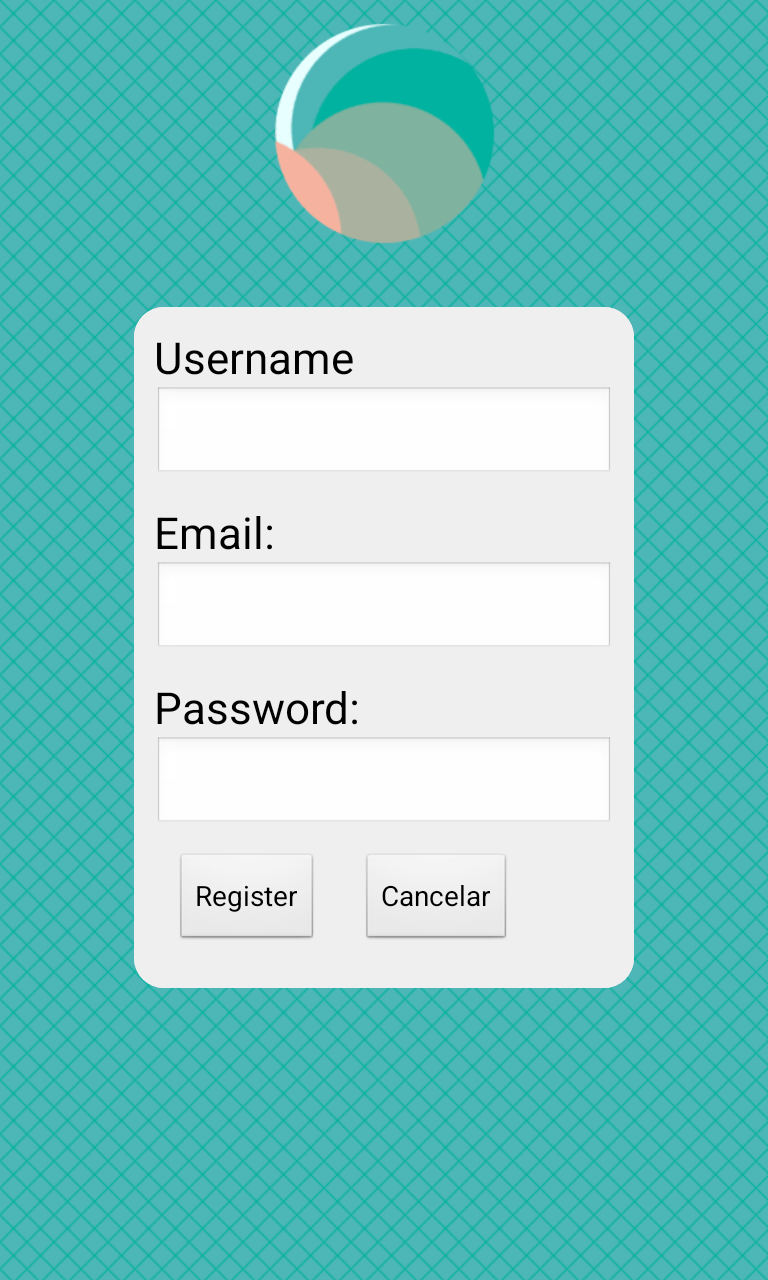
Repository: ppamorim/Coderock-X
Layout: workspace-Android/teste1/res/layout/activity_register.xml
The author's editor kept a copy of each file at every save. The layout is drawn from the files as they stood at one save, then again after the next save.
It is drawn on a 768 x 1280 px phone screen (xhdpi) without system bars, with theme android:Theme.NoTitleBar; the app's code is not run.

Above is the layout before, as saved 2014-01-05 23:13:12.

### workspace-Android/teste1/res/layout/activity_register.xml
<?xml version="1.0" encoding="utf-8"?>
<LinearLayout xmlns:android="http://schemas.android.com/apk/res/android"
    android:layout_width="match_parent"
    android:layout_height="match_parent"
    android:background="@drawable/background"
    android:orientation="vertical" >

    <ImageView
    android:layout_width="fill_parent"
    android:layout_height="wrap_content"
    android:contentDescription="@string/app_name"
    android:scaleType="centerInside"
    android:src="@drawable/splash" />

    <FrameLayout
        android:layout_width="250dp"
        android:layout_height="wrap_content"
        android:layout_gravity="center"
        android:layout_marginTop="20dp">

        <LinearLayout
            android:layout_width="match_parent"
            android:layout_height="match_parent"
            android:background="@layout/rounded"
            android:orientation="vertical" >

        	<LinearLayout
            android:layout_width="match_parent"
            android:layout_height="match_parent"
            android:background="@layout/rounded"
            android:orientation="vertical" >

        	    <TextView
                android:id="@+id/TextUsername"
                android:layout_width="wrap_content"
                android:layout_height="wrap_content"
                android:text="@string/username"
                android:textColor="#000"
                android:layout_marginTop="10dp"
                android:layout_marginLeft="10dp"
            	android:layout_marginRight="10dp"
                android:textAppearance="?android:attr/textAppearanceLarge" />

            	<EditText
            	android:id="@+id/Username"
            	android:layout_width="match_parent"
            	android:layout_height="wrap_content"
            	android:layout_marginLeft="10dp"
            	android:layout_marginRight="10dp"
            	android:hint=""
            	android:ems="10" />

            	<TextView
                android:id="@+id/TextEmail"
                android:layout_width="wrap_content"
                android:layout_height="wrap_content"
                android:text="@string/Email"
                android:textColor="#000"
                android:layout_marginTop="10dp"
                android:layout_marginLeft="10dp"
            	android:layout_marginRight="10dp"
                android:textAppearance="?android:attr/textAppearanceLarge" />

            	<EditText
            	android:id="@+id/Ema"
            	android:layout_width="match_parent"
            	android:layout_height="wrap_content"
            	android:layout_marginLeft="10dp"
            	android:layout_marginRight="10dp"
            	android:hint=""
            	android:ems="10" />

            	<TextView
                android:id="@+id/textView2"
                android:layout_width="wrap_content"
                android:layout_height="wrap_content"
                android:text="@string/Password"
                android:textColor="#000"
                android:layout_marginTop="10dp"
                android:layout_marginLeft="10dp"
            	android:layout_marginRight="10dp"
                android:textAppearance="?android:attr/textAppearanceLarge" />

        		<EditText
            	android:id="@+id/Senha"
            	android:layout_width="match_parent"
            	android:layout_height="wrap_content"
            	android:layout_marginBottom="10dp"
            	android:layout_marginLeft="10dp"
            	android:layout_marginRight="10dp"
            	android:hint=""
            	android:ems="10" >
        		</EditText>

        		<LinearLayout
        		android:layout_width="match_parent"
            	android:layout_height="match_parent"
            	android:orientation="horizontal"
            	android:layout_marginBottom="10dp"
            	android:layout_marginLeft="10dp"
            	android:layout_marginRight="10dp" >

        		<Button
            	android:id="@+id/Register"
            	android:layout_width="wrap_content"
            	android:layout_height="fill_parent"
            	android:layout_marginBottom="10dp"
            	android:layout_marginLeft="10dp"
            	android:layout_marginRight="10dp"
            	android:text="@string/register" />

        		<Button
            	android:id="@+id/Cancelar"
            	android:layout_width="wrap_content"
            	android:layout_height="fill_parent"
            	android:layout_marginBottom="10dp"
            	android:layout_marginLeft="10dp"
            	android:layout_marginRight="10dp"
            	android:text="@string/cancel" />

        		</LinearLayout>
        	</LinearLayout>
        </LinearLayout>
    </FrameLayout>
</LinearLayout>

### workspace-Android/teste1/res/drawable-hdpi/background.xml
<?xml version="1.0" encoding="utf-8"?>
<bitmap xmlns:android="http://schemas.android.com/apk/res/android"
  android:src="@drawable/bg"
  android:tileMode="repeat" />

### workspace-Android/teste1/res/values/strings.xml
<?xml version="1.0" encoding="utf-8"?>
<resources>

    <string name="app_name">Feel</string>
    <string name="action_settings">Settings</string>
    <string name="hello_world">Hello world!</string>
    <string name="Email">Email:</string>
    <string name="Password">Password:</string>
    <string name="Resultado">Resultado:</string>
    <string name="BotaoSomar">Somar</string>
    <string name="BotaoSub">Subtrair</string>
    <string name="BotaoMulti">Multiplicar</string>
    <string name="BotaoDividir">Dividir</string>
    <string name="ok">OK</string>
    <string name="username">Username</string>
    <string name="register">Register</string>
    <string name="cancel">Cancelar</string>

</resources>

### workspace-Android/teste1/res/layout/rounded.xml
<?xml version="1.0" encoding="utf-8"?>
<layer-list xmlns:android="http://schemas.android.com/apk/res/android">
    <item>
        <shape android:shape="rectangle" >
            <corners android:radius="15dip" />
            <solid android:color="#efefef" />
            <stroke android:width="0dp" android:color="#bebfc1"/>
        </shape>
    </item>
</layer-list>

After the next save:
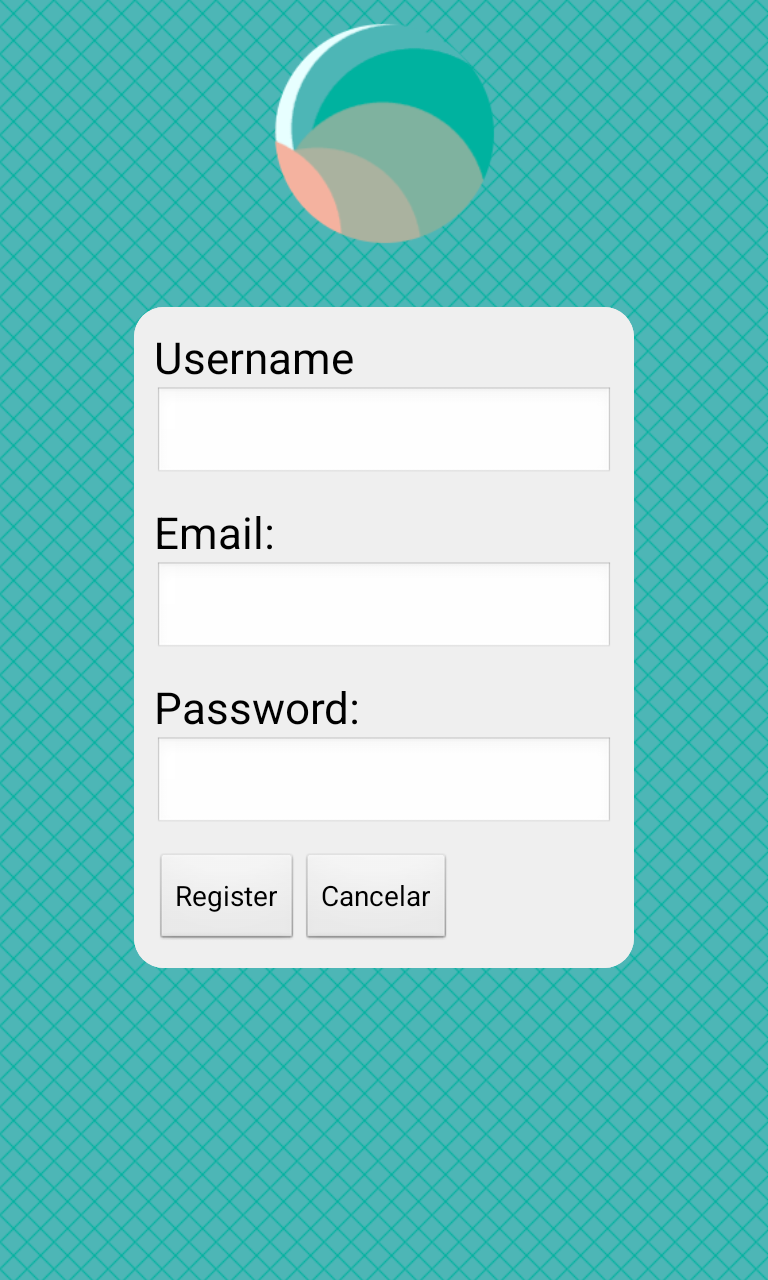
Saved 10 s later.
--- a/workspace-Android/teste1/res/layout/activity_register.xml
+++ b/workspace-Android/teste1/res/layout/activity_register.xml
@@ -104,18 +104,12 @@
             	android:id="@+id/Register"
             	android:layout_width="wrap_content"
             	android:layout_height="fill_parent"
-            	android:layout_marginBottom="10dp"
-            	android:layout_marginLeft="10dp"
-            	android:layout_marginRight="10dp"
             	android:text="@string/register" />
 
         		<Button
             	android:id="@+id/Cancelar"
             	android:layout_width="wrap_content"
             	android:layout_height="fill_parent"
-            	android:layout_marginBottom="10dp"
-            	android:layout_marginLeft="10dp"
-            	android:layout_marginRight="10dp"
             	android:text="@string/cancel" />
 
         		</LinearLayout>
